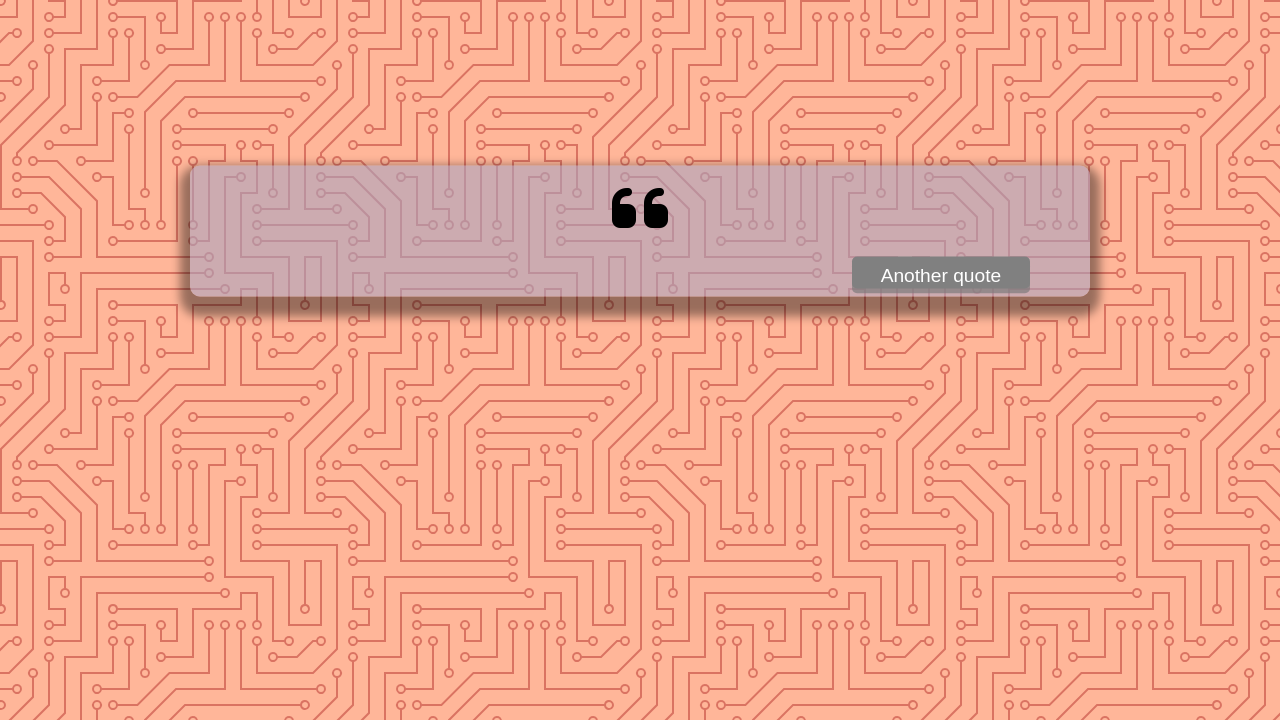
Repository: bmbrdr/QuoteGenerator
Page: index.html
The author's editor kept a copy of each file at every save. The page is drawn from the files as they stood at one save, then again after the next save.
The browser window is 1280 px wide. The pictures show the whole page.
The page's requests for data from a server got no answer. Some web libraries are served in a nearby version.

Above is the page before, as saved 2021-12-24 21:17:43.

After the next save:
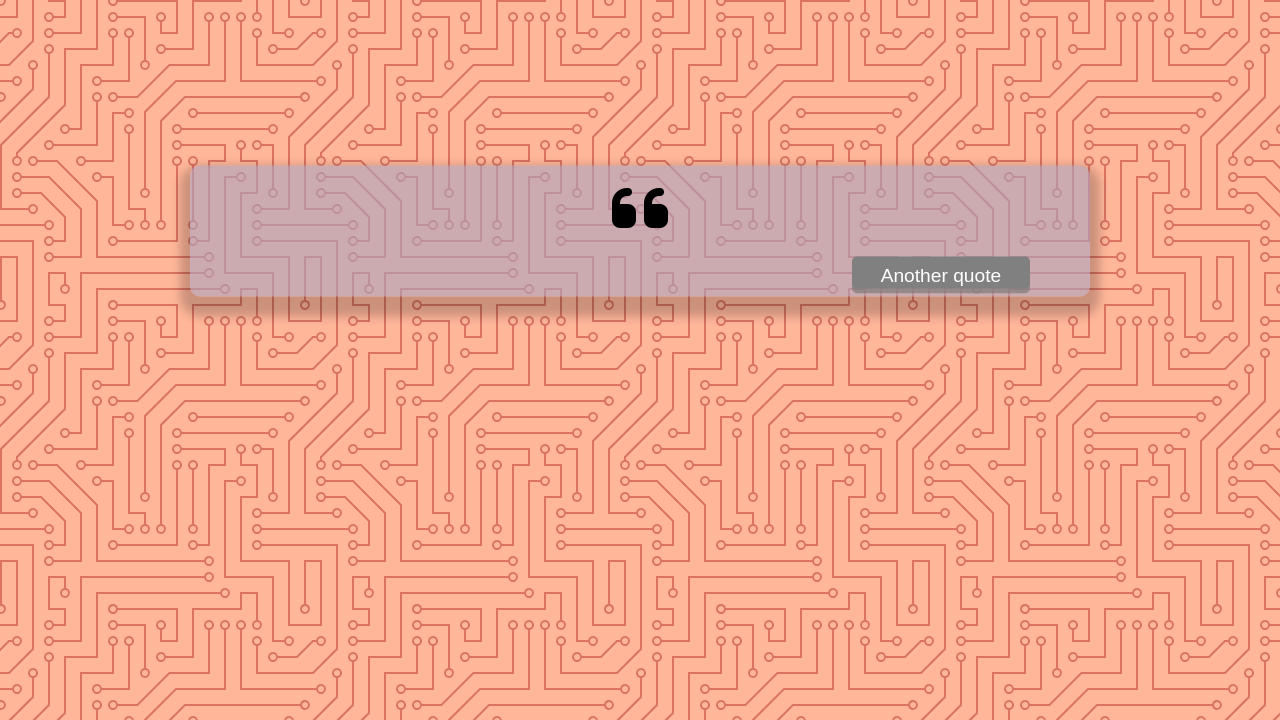
Saved 10 s later.
--- a/style.css
+++ b/style.css
@@ -35,7 +35,7 @@ body{
     padding: 10px 60px 40px;
     border-radius: 10px;
     background-color: rgba( 170, 163, 192, .6);
-    box-shadow: 0 10px 10px 10px rgba(0,0,0, .4);
+    box-shadow: 0 10px 10px 10px rgba(0,0,0, .2);
 }
 
 .quote-text{
